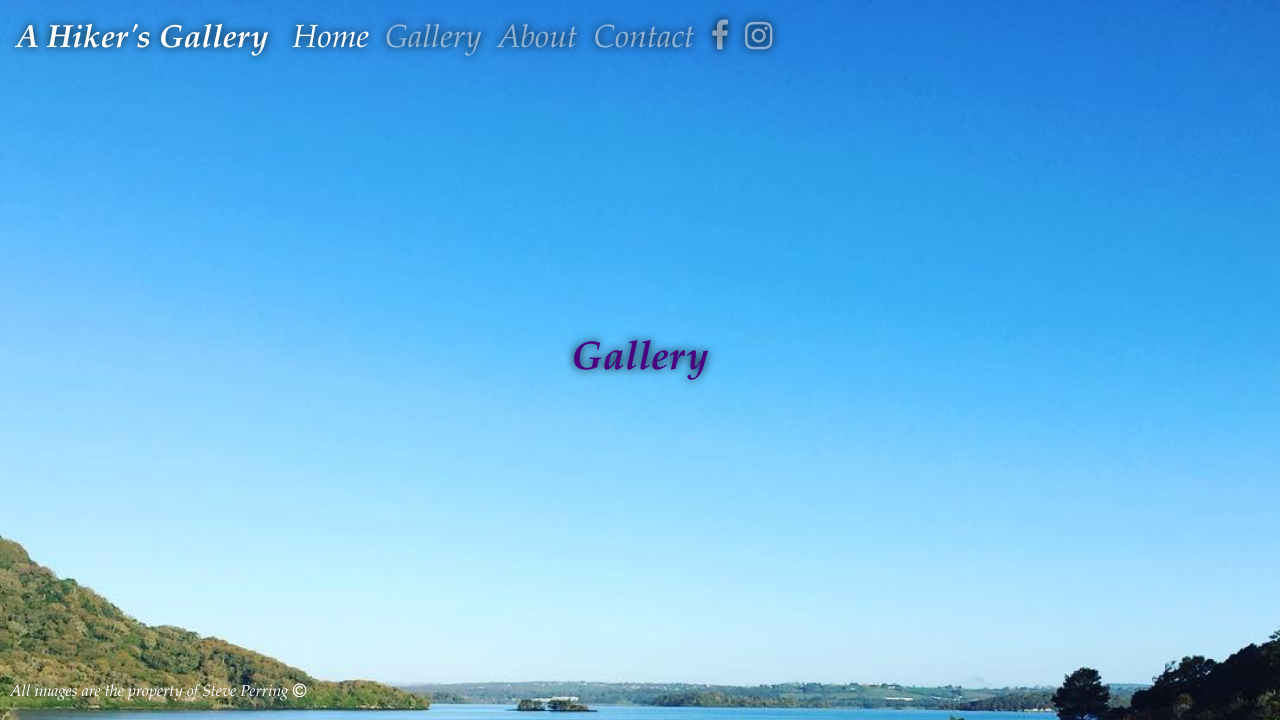
Repository: S-Perring/hiker
Page: index.html
The author's editor kept a record of every edit. The page is drawn from the files as they stood at one moment, then again after the next edit.
The browser window is 1280 px wide. The pictures show the whole page.

Above is the page before.

After the next edit:
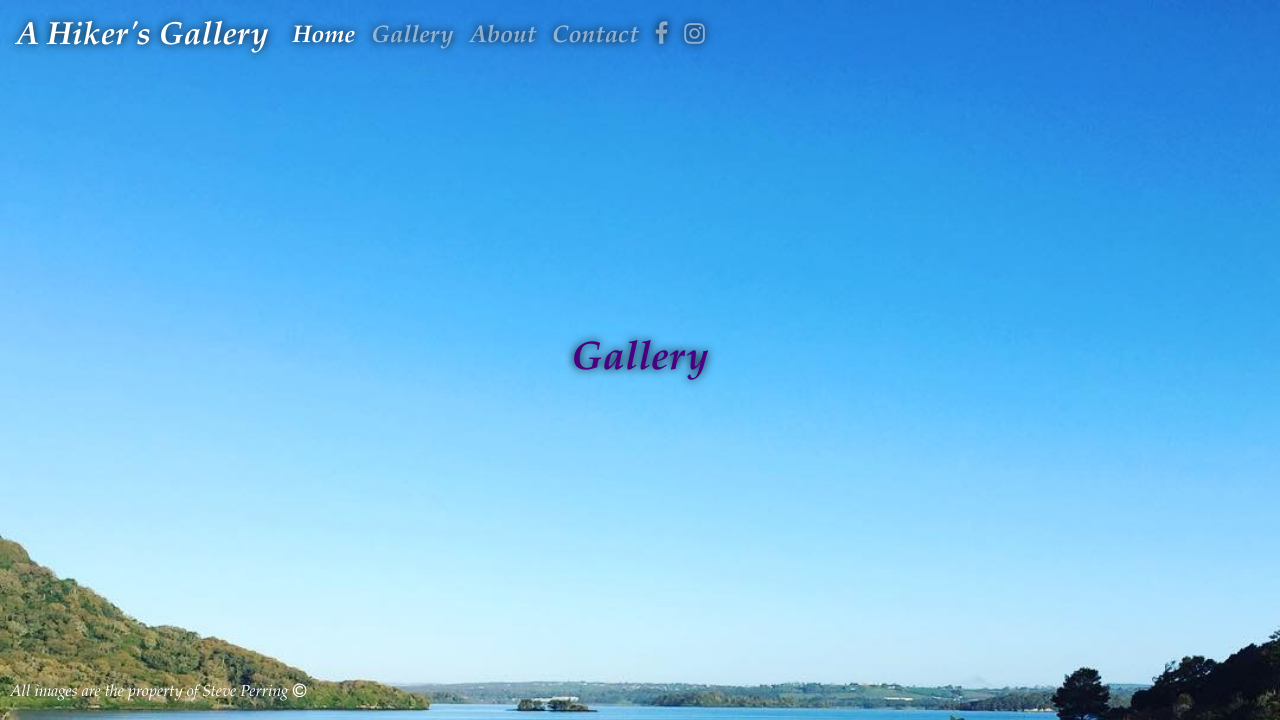
The edit:
--- a/css/style.css
+++ b/css/style.css
@@ -4,7 +4,8 @@
 .nav-link {
     font-family: Garamond;
     font-style: italic;
-    font-size: 2em;
+    font-size: 1.5em;
+    font-weight: bolder;
 }
 
 
